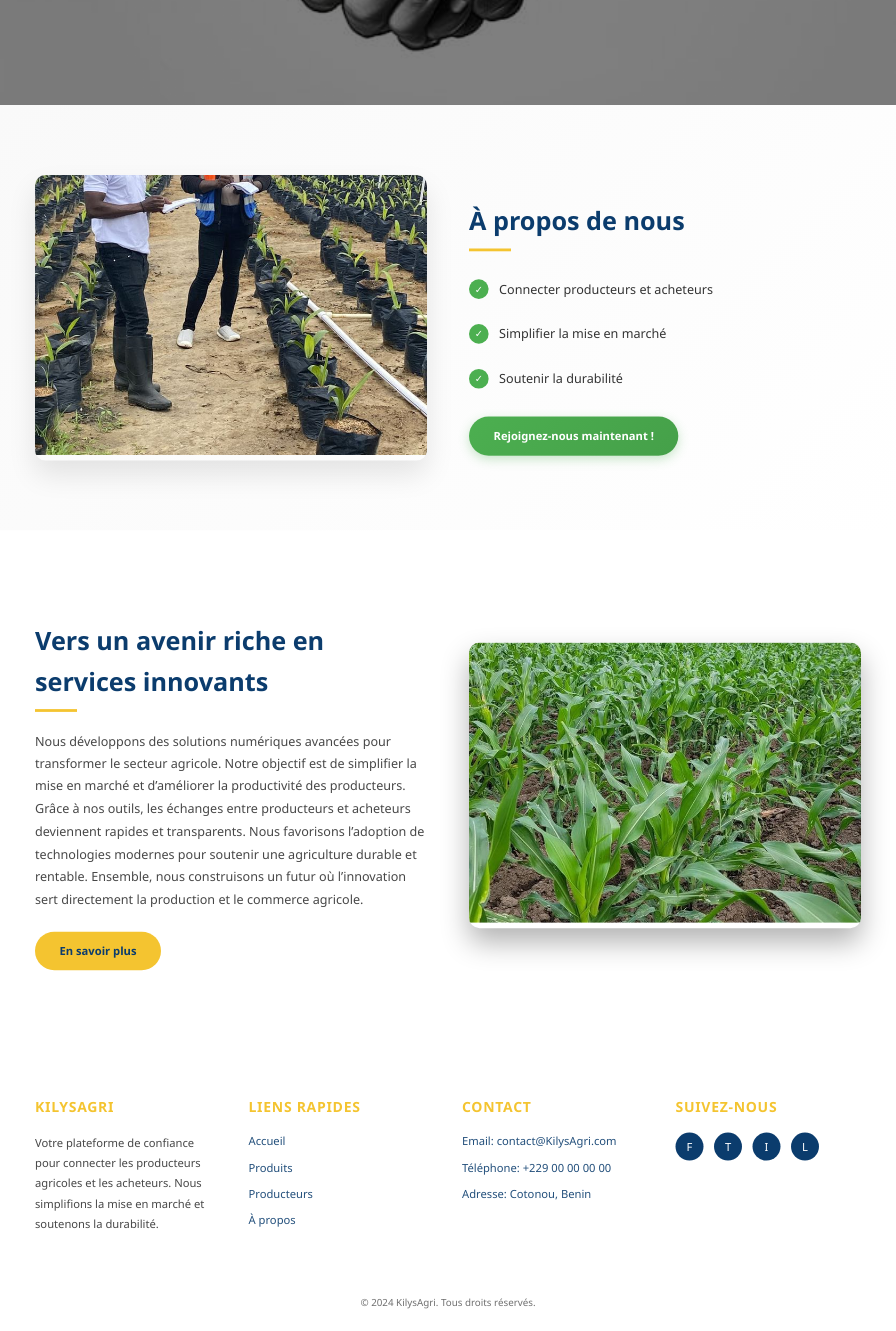
Repository: KILAYOSSI/projetdesoutenance
Page: templates/home/index.html.twig
The author's editor kept a copy of each file at every save. The page is drawn from the files as they stood at one save, then again after the next save.
The browser window is 1280 px wide. The pictures show the part of the page from y = 570 to 2490 px (the page is 2472 px tall before and 2895 px after), at 70% of full size.
The page is a Twig template of a Symfony application; nobody is signed in and links lead nowhere. The template is opened directly, without the code that normally fills it, so the values that code supplies are empty.

Above is the page before, as saved 2026-02-25 16:31:32.

After the next save:
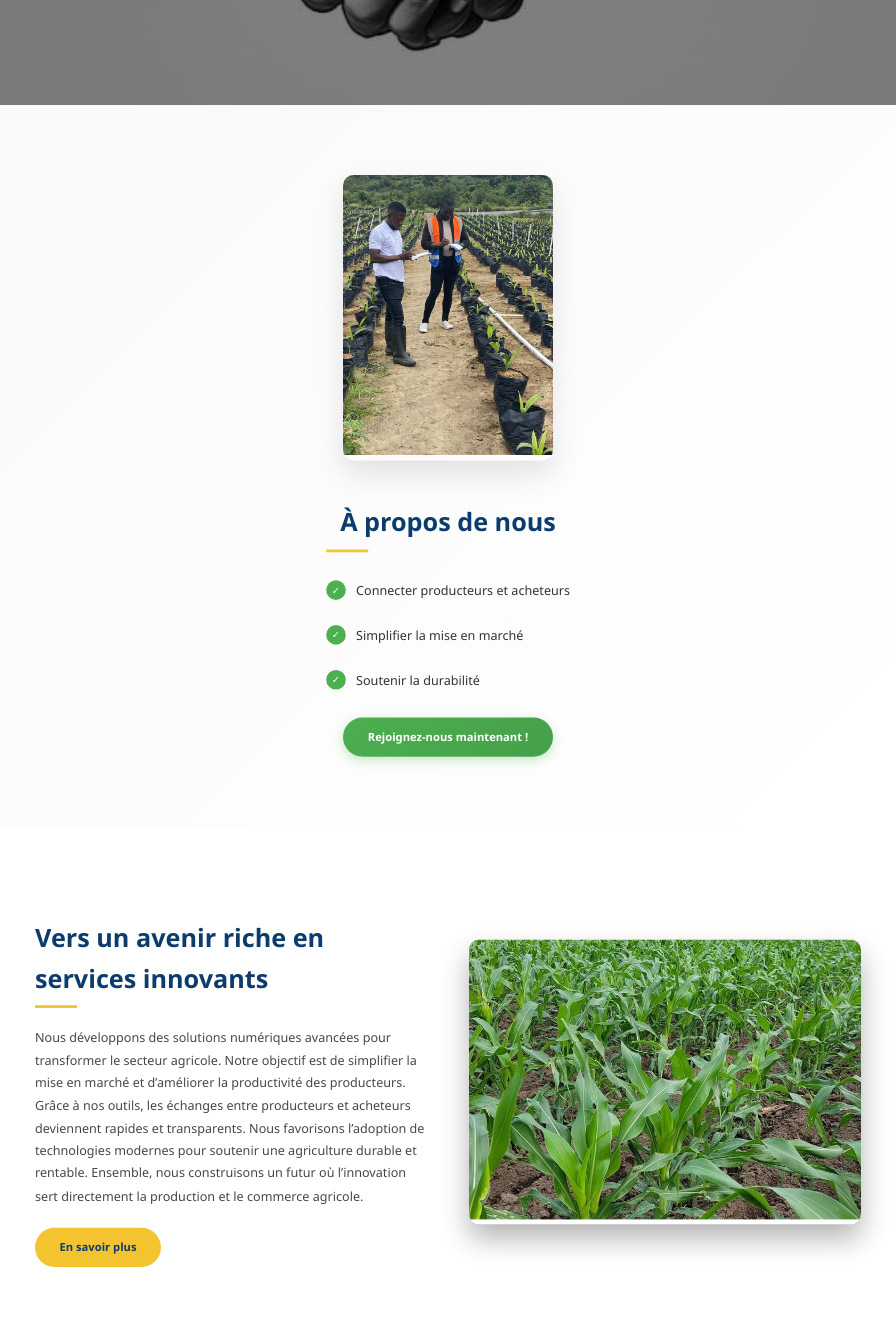
Saved 3 min 37 s later.
--- a/public/css/style.css
+++ b/public/css/style.css
@@ -170,10 +170,12 @@ body {
 
 .about .container {
     display: flex;
-    align-items: center;
-    gap: 60px;
+    flex-direction: column;
+    align-items: center;
+    gap: 30px;
     max-width: 1200px;
     margin: 0 auto;
+    text-align: center;
 }
 
 .about-image {
